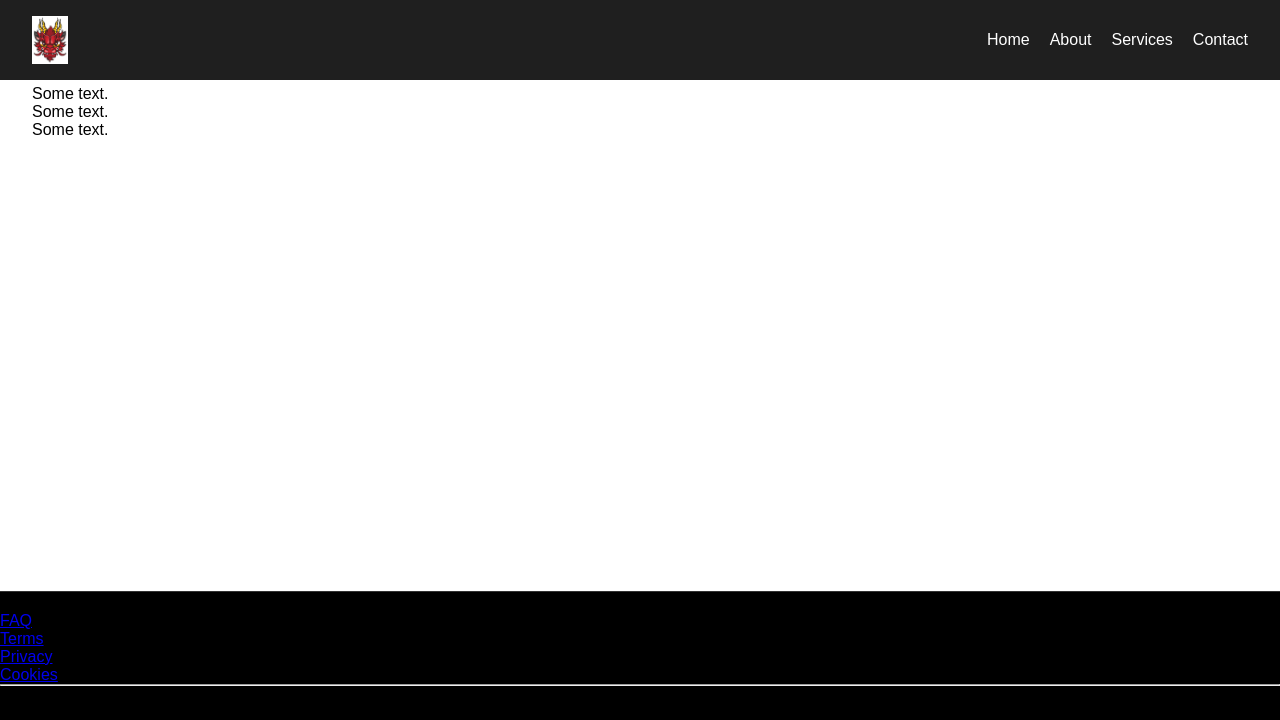
Repository: andreamm-lab/css-positioning-examples-2025-10
Page: index.html
These files come from the project's save history. The page is drawn as it stood at one moment and after the next save; the edit follows.
The browser window is 1280 px wide. The pictures show the whole page.

Above is the page before, as saved 2025-11-10 19:25:33.

After the next save:
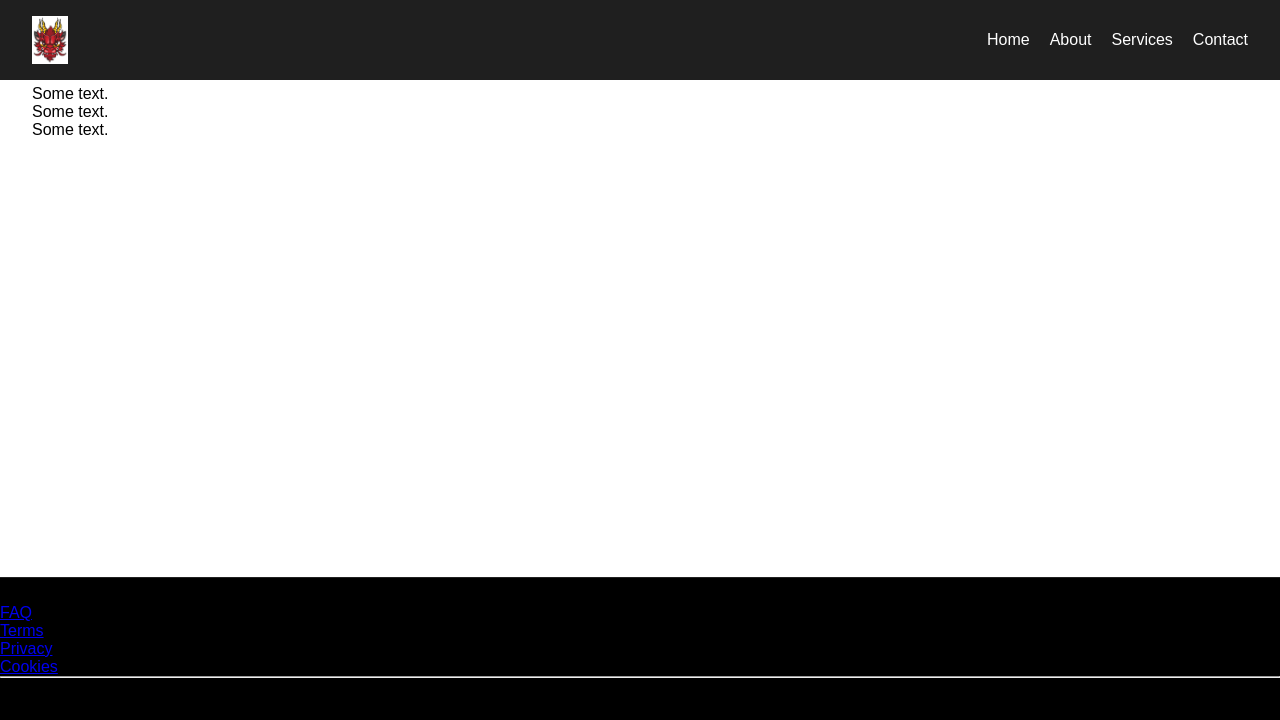
Saved 7 s later.
--- a/main.css
+++ b/main.css
@@ -243,24 +243,31 @@ main.page {
 /* 3.---------------------- Footer ---------------------- */
 footer {
     background-color: #000;
-    padding: 20px 0 16px;
-    border-top: 1px solid #333;
-    width: 100%;
-}
-
+    padding: 26px 0 24px;     /* un poco más de aire arriba/abajo */
+    border-top: 1px solid #222;
+}
+
+/* contenedor de los links */
 .footer-links {
     display: flex;
     justify-content: center;
-    gap: 24px;
-    margin: 0 auto 10px;
-    padding-bottom: 6px;
-    border-bottom: 1px solid rgba(255, 255, 255, 0.12); /* línea finita */
+    gap: 24px;                /* un poco menos de separación */
+    margin: 0 auto 14px;      /* centrado y más cerca de la línea */
+    padding-bottom: 0;
+    max-width: 500px;         /* evita que se abran demasiado */
+    border-bottom: 1px solid #333;
+}
+
+/* la línea que ves es este border-bottom; si la querés más fina: */
+.footer-links {
+    border-bottom: 1px solid rgba(255,255,255,0.12);
 }
 
 .footer-links a {
     color: #5cb3cc;
     text-decoration: none;
-    font-size: 14px;
+    font-size: 14px;          /* un poquito más grande para parecer menú */
+    transition: color 0.3s ease;
     cursor: pointer;
 }
 
@@ -272,4 +279,5 @@ footer {
     text-align: center;
     color: #888;
     font-size: 12px;
-}
+    margin-top: 10px;         /* separa el texto de la línea */
+}
